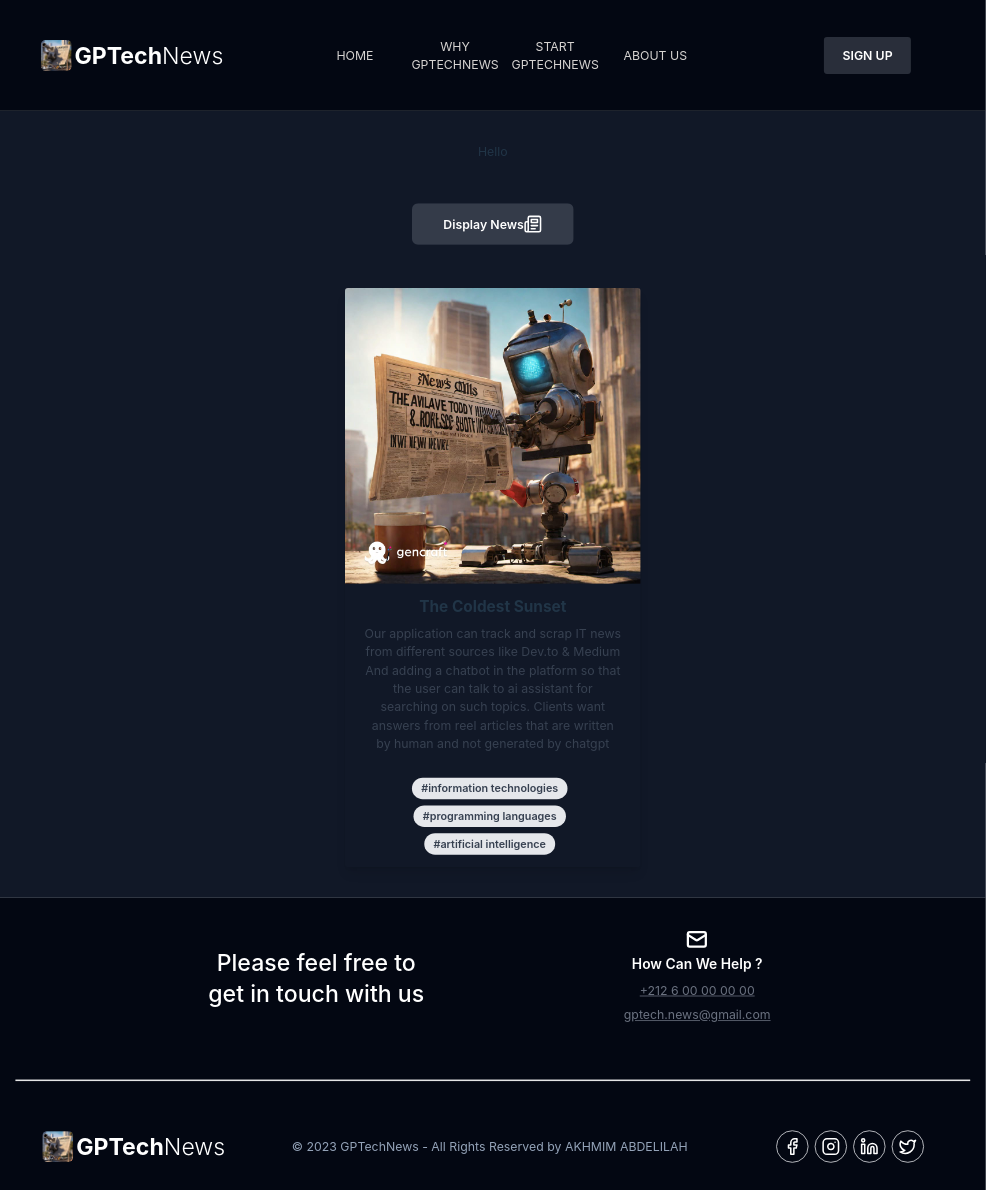
Repository: Lablab-me-Hackathon/gptech-news-frontend
Page: /
The author's editor kept a copy of each file at every save. The page is drawn from the files as they stood at one save, then again after the next save.
The browser window is 1280 px wide. The pictures show the whole page, at 77% of full size.
The project was rebuilt for these pictures with package versions that can differ from the ones it lists, and the page was loaded fresh each time. Also part of the build but not shown: vite.config.js.

Above is the page before, as saved 2023-08-05 17:35:16.

After the next save:
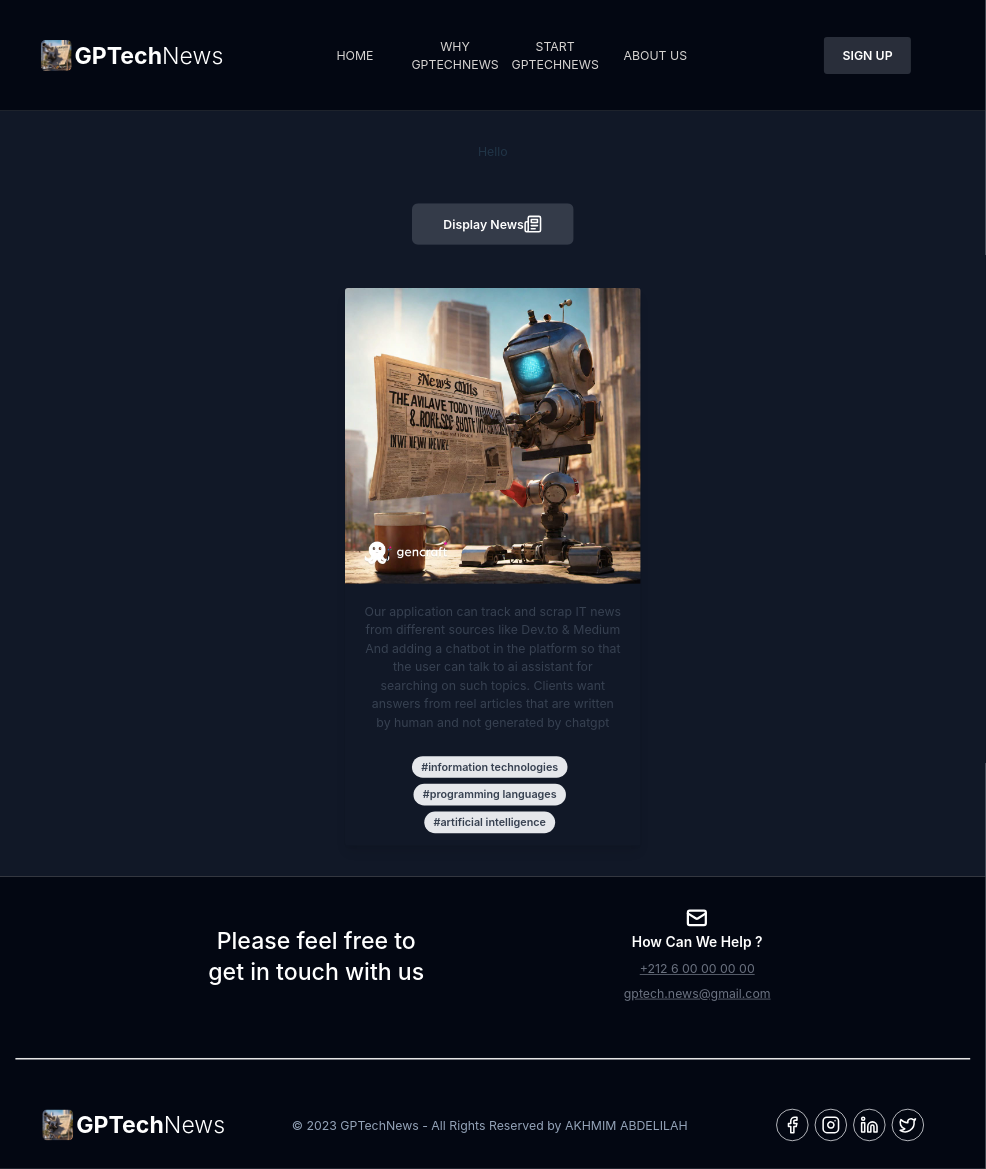
Saved 18 s later.
--- a/src/services/main/Cards.jsx
+++ b/src/services/main/Cards.jsx
@@ -8,7 +8,7 @@
           alt="Sunset in the mountains"
         />
         <div className="px-6 py-4">
-          <div className="font-bold text-xl mb-2">The Coldest Sunset</div>
+          <div className="font-bold text-xl mb-2"></div>
           <p className="text-gray-700 text-base">
             Our application can track and scrap IT news from different
             sources like Dev.to & Medium And adding a chatbot in the platform so

After the save that followed:
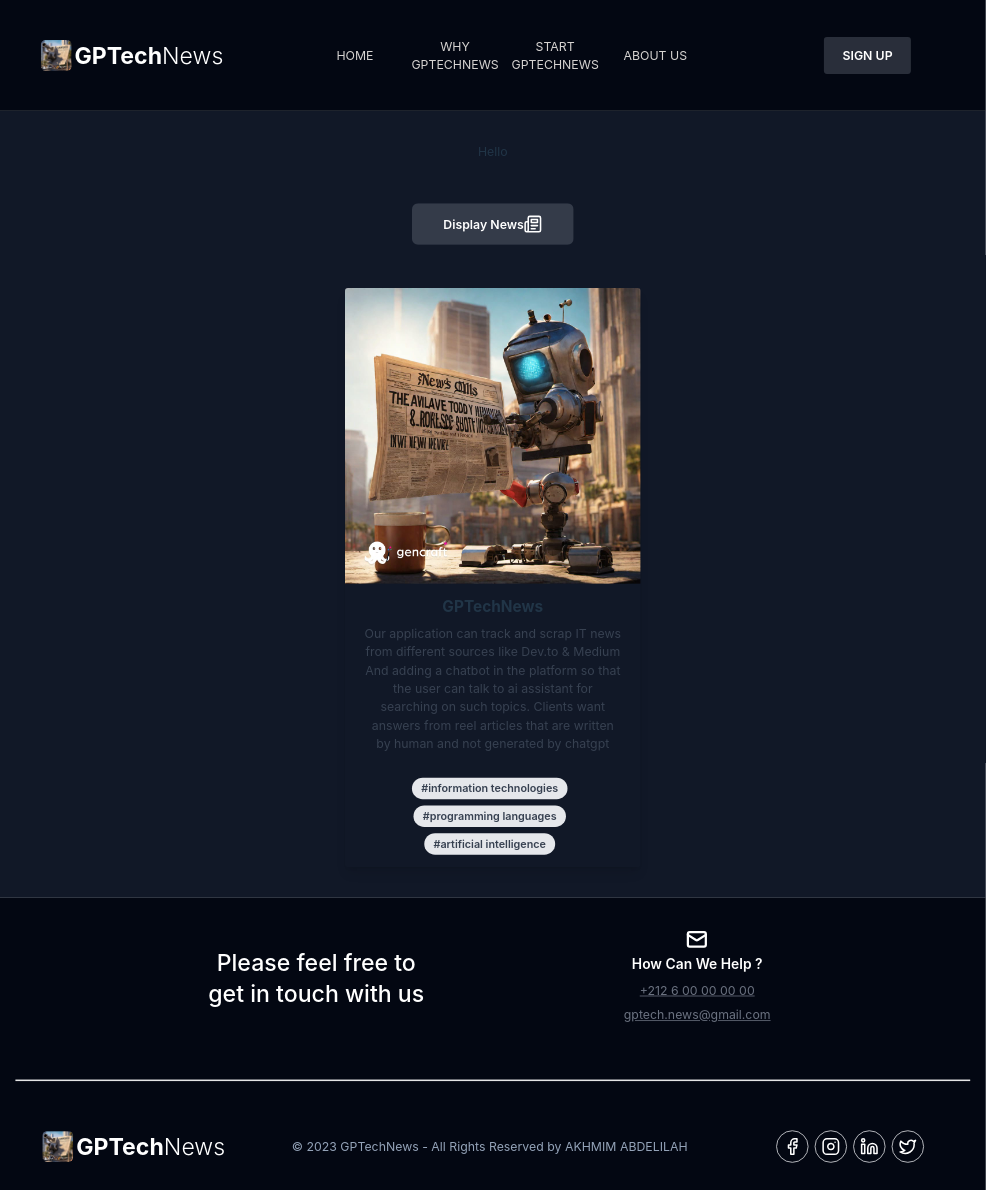
Saved 18 s later.
--- a/src/services/main/Cards.jsx
+++ b/src/services/main/Cards.jsx
@@ -8,7 +8,7 @@
           alt="Sunset in the mountains"
         />
         <div className="px-6 py-4">
-          <div className="font-bold text-xl mb-2"></div>
+          <div className="font-bold text-xl mb-2">GPTechNews</div>
           <p className="text-gray-700 text-base">
             Our application can track and scrap IT news from different
             sources like Dev.to & Medium And adding a chatbot in the platform so
